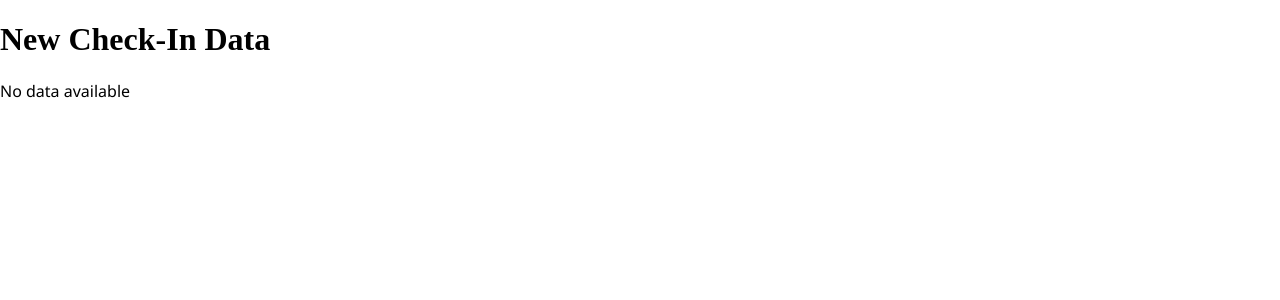
Repository: kaizoku010/mirrorscreenapp
Page: /validate
An editor plug-in stored every save of this project. The page is shown before and after a run of saves, followed by the edit.
The browser window is 1280 px wide. The pictures show the whole page.
The project was rebuilt for these pictures with package versions that can differ from the ones it lists, and the page was loaded fresh each time. Also part of the build but not shown: src/App.js, src/atoms/printMe.css, src/temps/TicketTemplate.js, src/atoms/PrintMe.js, src/operations/firebase.js, src/atoms/homeAtom.css, src/atoms/HomeAtom.js, src/Sections/Home.js.

Above is the page before, as saved 2024-06-18 03:56:08.

After the next 2 saves:
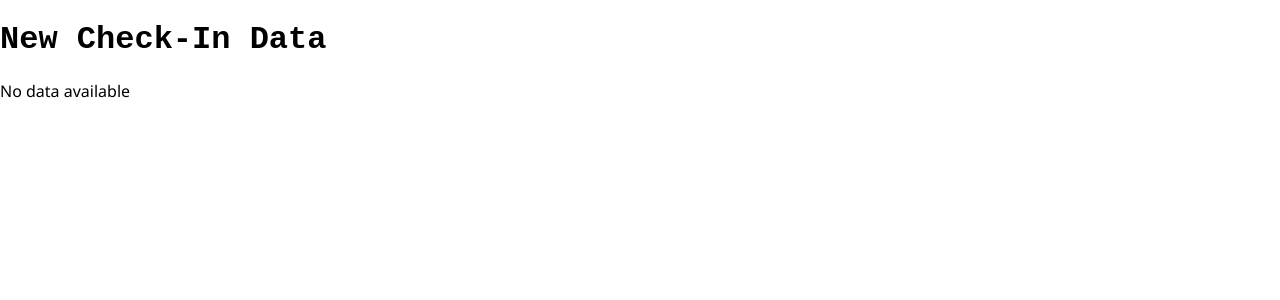
The 2 saves are shown as one change because they came seconds apart.
The last was saved 7 s later.
--- a/src/atoms/valuser.css
+++ b/src/atoms/valuser.css
@@ -11,5 +11,5 @@
 }
 
 .new-data-header{
-
+    font-family: 'Courier New', Courier, monospace;
 }
